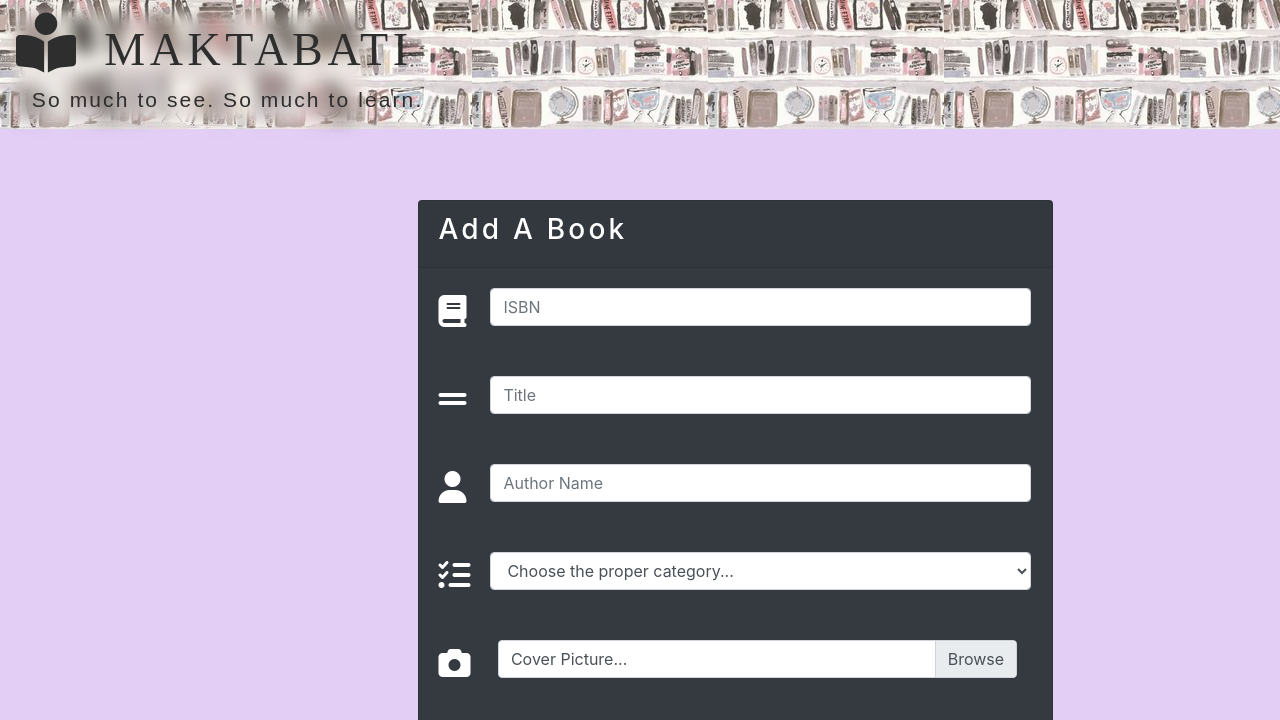
Repository: Hajar-Serrad/MAKTABATI
Page: http://localhost/books/create
The author's editor kept a copy of each file at every save. The page is drawn from the files as they stood at one save, then again after the next save.
The browser window is 1280 px wide. The pictures show the whole page.
An inner scrolling area shows only its first screen. Some web fonts or font styles are not loaded; a fallback is used. Some web libraries are served in a nearby version. The page is served by the project's Laravel application, run on PHP 8.4 with Laravel 8.

Above is the page before, as saved 2020-09-22 02:28:43.

After the next save:
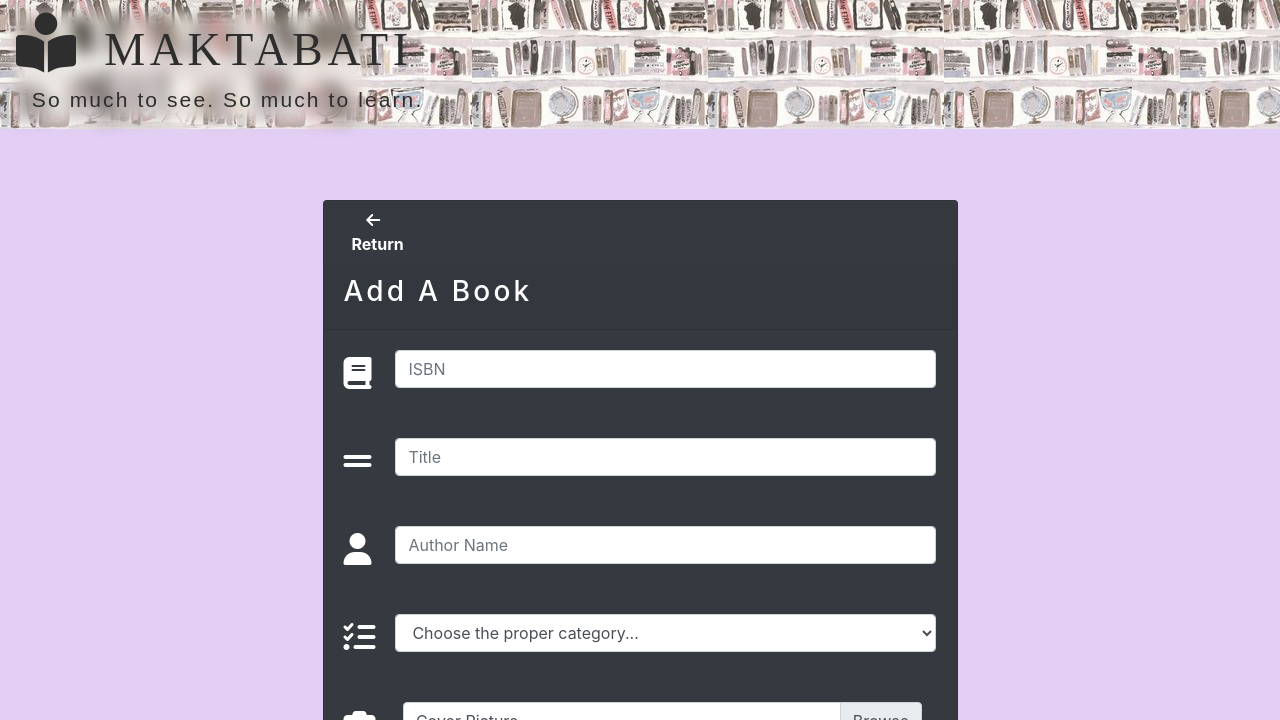
Saved 51 s later.
--- a/resources/views/books/create.blade.php
+++ b/resources/views/books/create.blade.php
@@ -3,13 +3,13 @@
 @section('content')
 <div class="container">
     <div class="row justify-content-center">
-        <div class="col-md-2">  <a href="{{ route('index') }}"> <button  class="btn btn-dark" >
-            <i class="fas fa-arrow-left"></i> &nbsp; <b> {{ __('Return') }}</b>
-
-            </button> </a>
-        </div>
         <div class="col-md-7">
             <div class="card bg-dark text-white" style="margin-top: 200px; margin-bottom:100px;">
+                <div class="col-md-2">  <a href="{{ route('index') }}"> <button  class="btn btn-dark" >
+                    <i class="fas fa-arrow-left"></i> &nbsp; <b> {{ __('Return') }}</b>
+
+                    </button> </a>
+                </div>
                 <div class="card-header" style="letter-spacing: 0.2em"> <h3> {{ __('Add A Book') }}</h3></div>
 
                 <div class="card-body">
